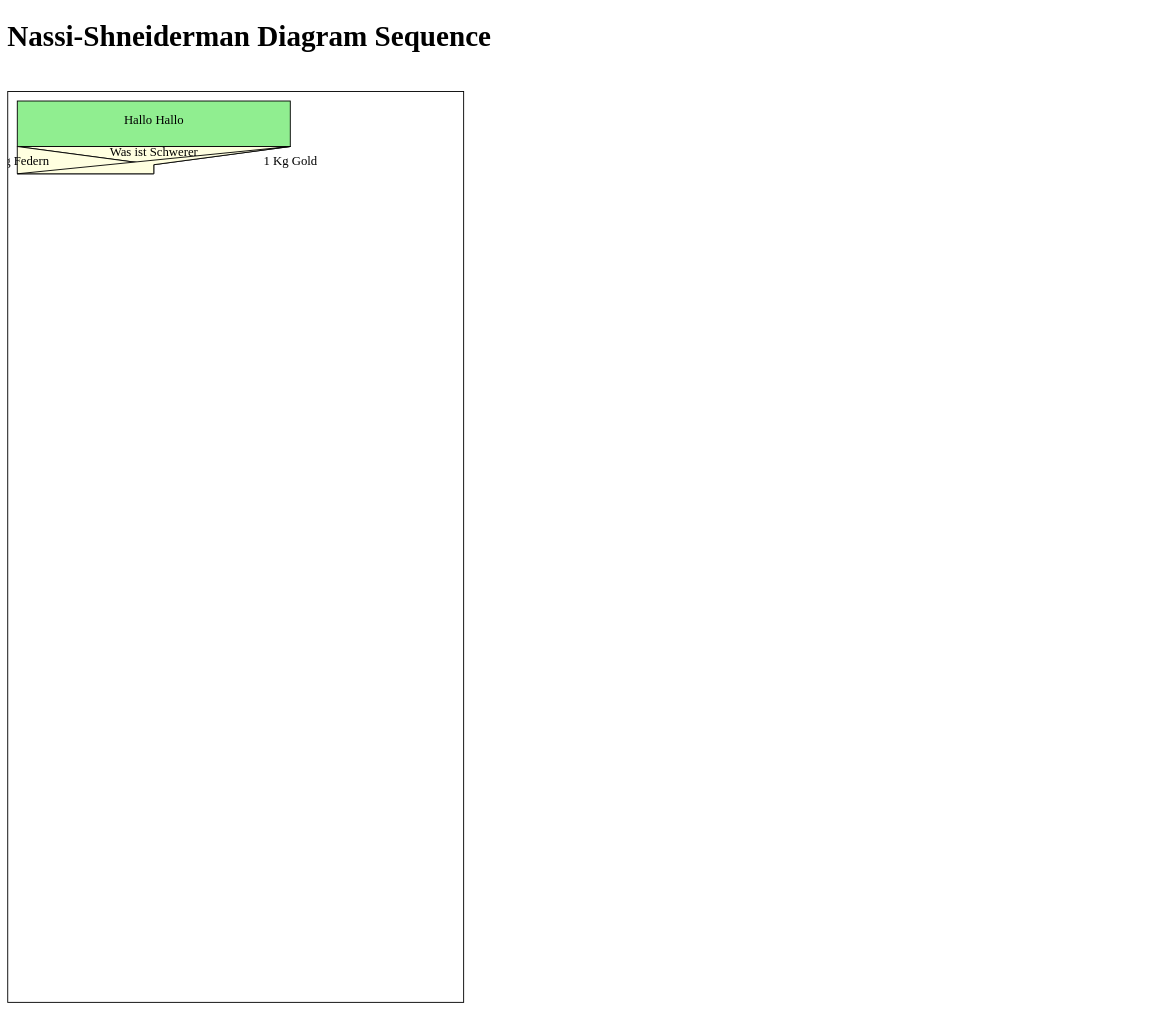
Repository: fabsch225/Nassi-Shneiderman-Compiler
Page: demo.html
These files come from the project's save history. The page is drawn as it stood at one moment and after the next save; the edit follows.
The browser window is 1280 px wide. The pictures show the whole page, at 91% of full size.

Above is the page before, as saved 2024-05-15 21:43:32.

After the next save:
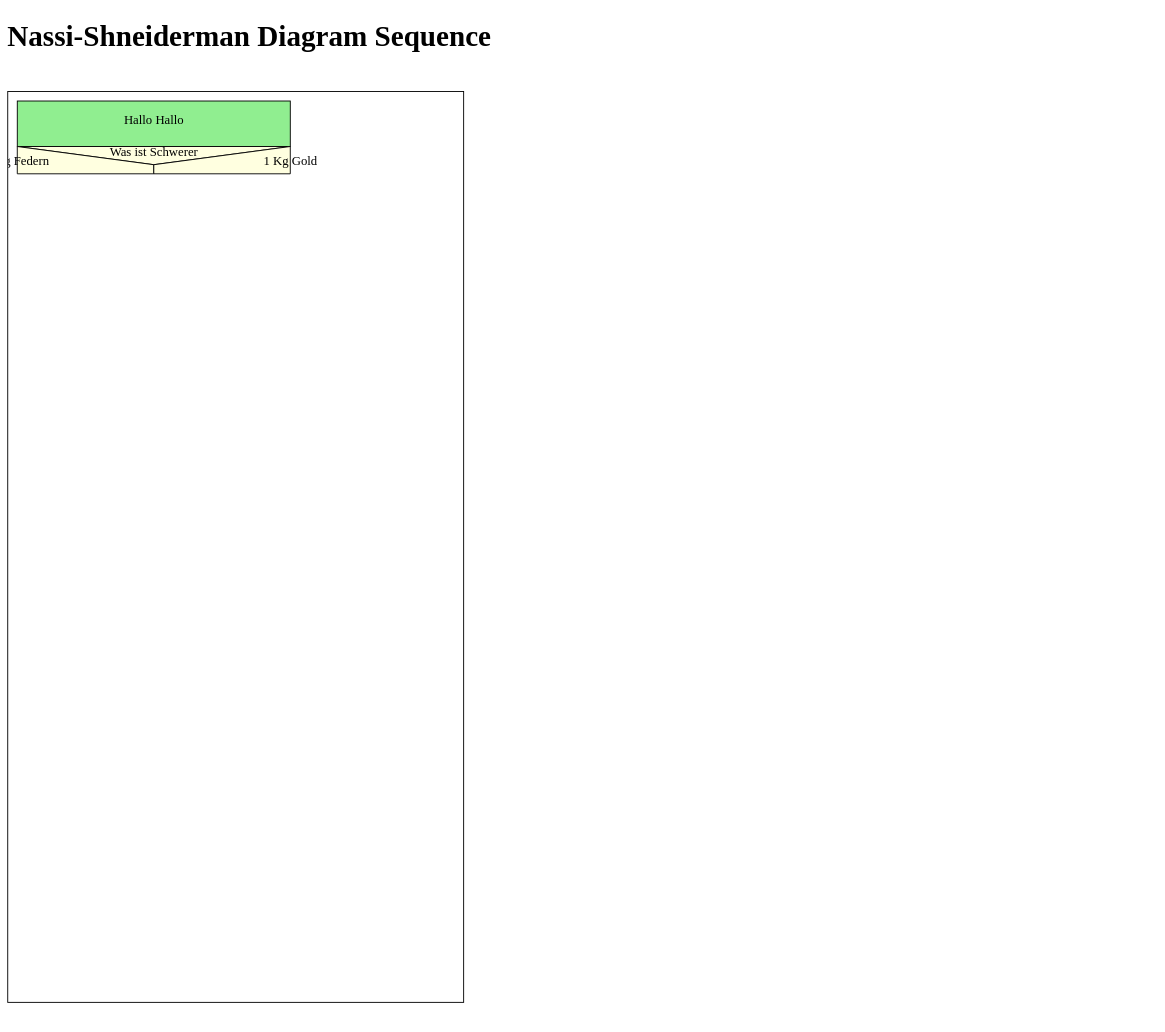
Saved 6 s later.
--- a/src/nassi_svg_api.js
+++ b/src/nassi_svg_api.js
@@ -20,7 +20,7 @@ function createDecisionBlock(x, y, width, height, question, answerA, answerB) {
     var h_extra = h / 2;
     svgAppendix = `<polygon points="${x},${y} ${x + width},${y} ${x + width / 2},${y + h}" stroke="black" fill="lightyellow" />
         <polygon points="${x},${y} ${x},${y + h + h_extra} ${x + width / 2},${y + h + h_extra} ${x + width / 2},${y + h}" stroke="black" fill="lightyellow" />
-        <polygon points="${x + width},${y} ${x},${y + h + h_extra} ${x + width / 2},${y + h + h_extra} ${x + width / 2},${y + h}" stroke="black" fill="lightyellow" />
+        <polygon points="${x + width},${y} ${x + width},${y + h + h_extra} ${x + width / 2},${y + h + h_extra} ${x + width / 2},${y + h}" stroke="black" fill="lightyellow" />
         <text x="${x + width / 2}" y="${y + h / 2}" font-size="14px" fill="black" text-anchor="middle">${question}</text>
         <text x="${x}" y="${y + h}" font-size="14px" fill="black" text-anchor="middle">${answerA}</text>
         <text x="${x + width}" y="${y + h}" font-size="14px" fill="black" text-anchor="middle">${answerB}</text>`;
